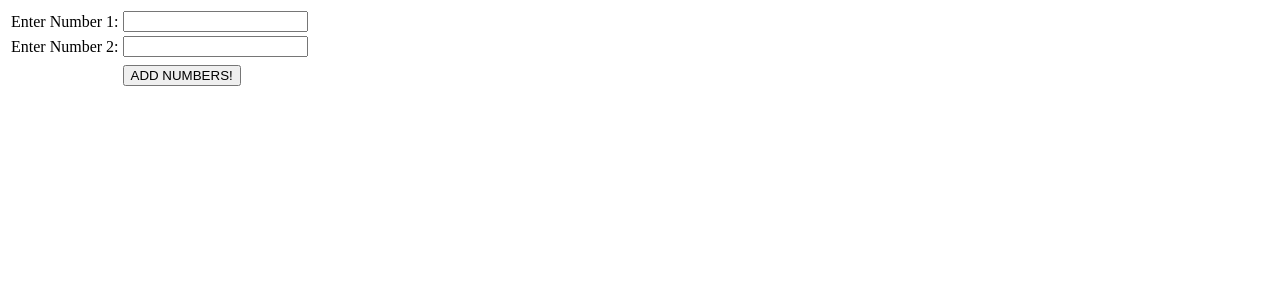
Repository: yiyongc/learning-2017
Page: SpringTraining/Day12-JavaScriptES6/WebContent/index3.html
The author's editor kept a copy of each file at every save. The page is drawn from the files as they stood at one save, then again after the next save.
The browser window is 1280 px wide. The pictures show the whole page.

Above is the page before, as saved 2017-09-13 05:32:32.

After the next save:
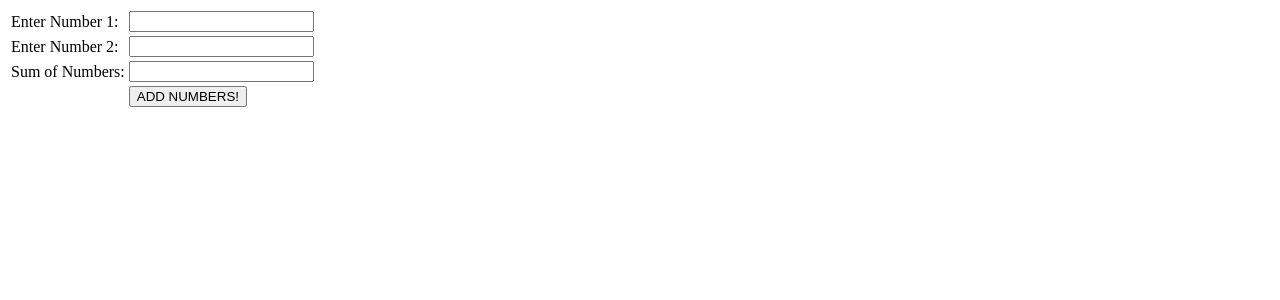
Saved 22 s later.
--- a/SpringTraining/Day12-JavaScriptES6/WebContent/index3.html
+++ b/SpringTraining/Day12-JavaScriptES6/WebContent/index3.html
@@ -17,8 +17,8 @@
 			<td><input type="number" id="num2"/></td>
 		</tr>
 		<tr>
-			<td></td>
-			<td></td>
+			<td>Sum of Numbers: </td>
+			<td><input type="number" id="sum"/></td>
 		</tr>
 		<tr>
 			<td></td>
